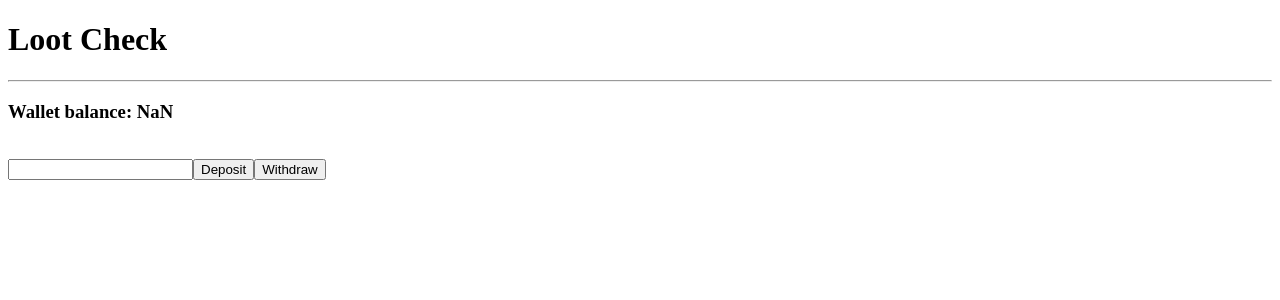
Repository: kosach/lootcheck
Page: /
An editor plug-in stored every save of this project. The page is shown before and after the next save, followed by the edit.
The browser window is 1280 px wide. The pictures show the whole page.
The project was rebuilt for these pictures with package versions that can differ from the ones it lists, and the page was loaded fresh each time.

Above is the page before, as saved 2017-10-19 16:27:11.

After the next save:
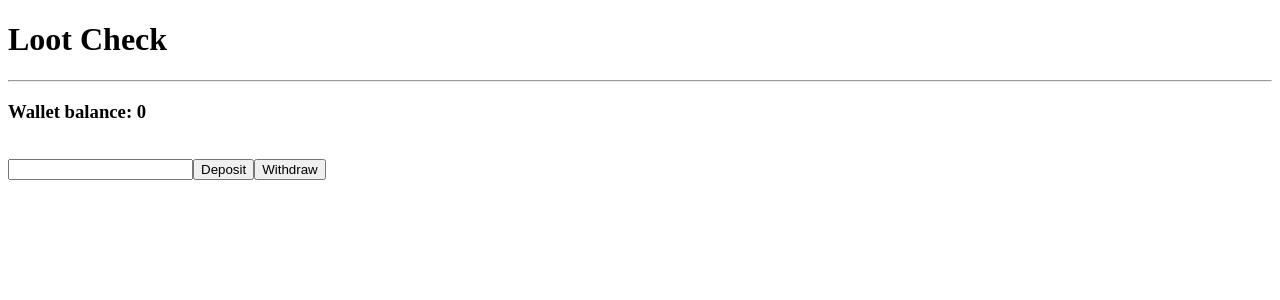
Saved 19 s later.
--- a/src/reducers/balance.js
+++ b/src/reducers/balance.js
@@ -12,7 +12,7 @@ const balance = ( state = 0, action) => {
     case constants.WITHDRAW:
       return state - action.withdrawal;
     default:
-      return parseInt(read_cookie(BALANCE_COOKIE), 10);
+      return parseInt(read_cookie(BALANCE_COOKIE), 10) || state;
   }
 }
 
